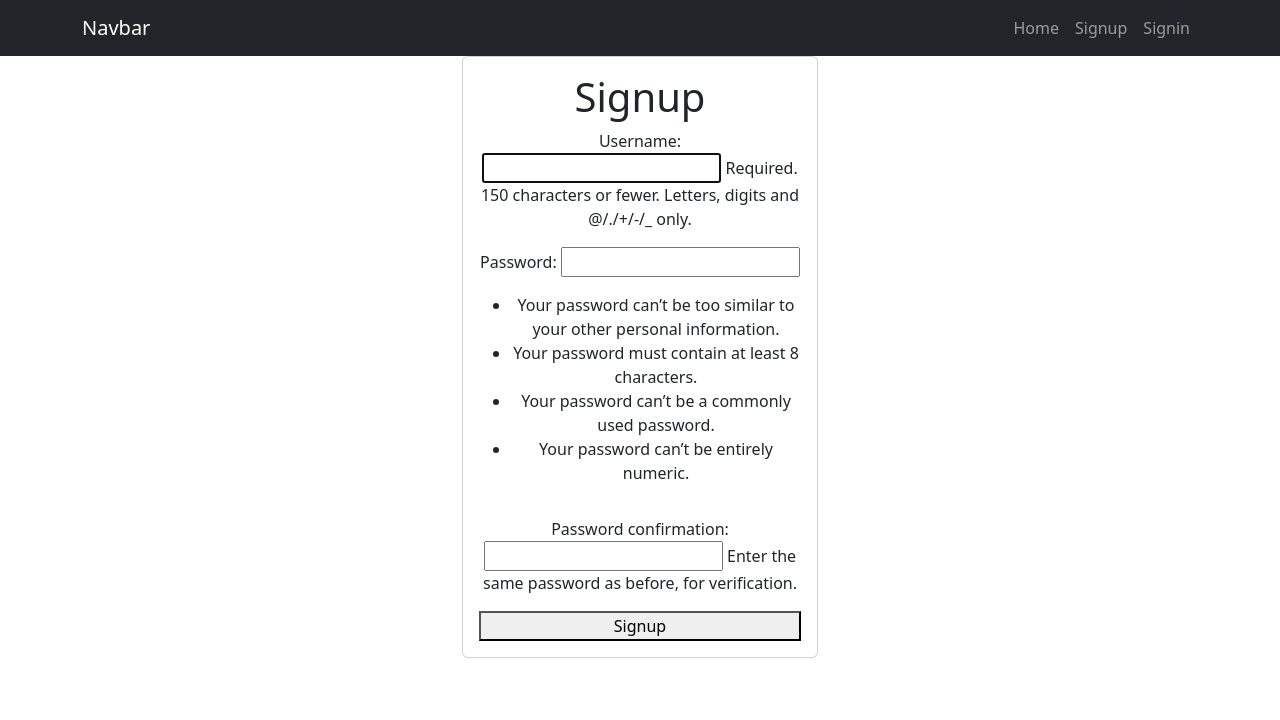
Repository: dbettancourt/django-auth-crud
Page: http://localhost/signup/
The author's editor kept a copy of each file at every save. The page is drawn from the files as they stood at one save, then again after the next save.
The browser window is 1280 px wide. The pictures show the whole page.
The page is served by the project's application, run on Django 4.2 (manage.py).

Above is the page before, as saved 2023-06-06 10:45:59.

After the next save:
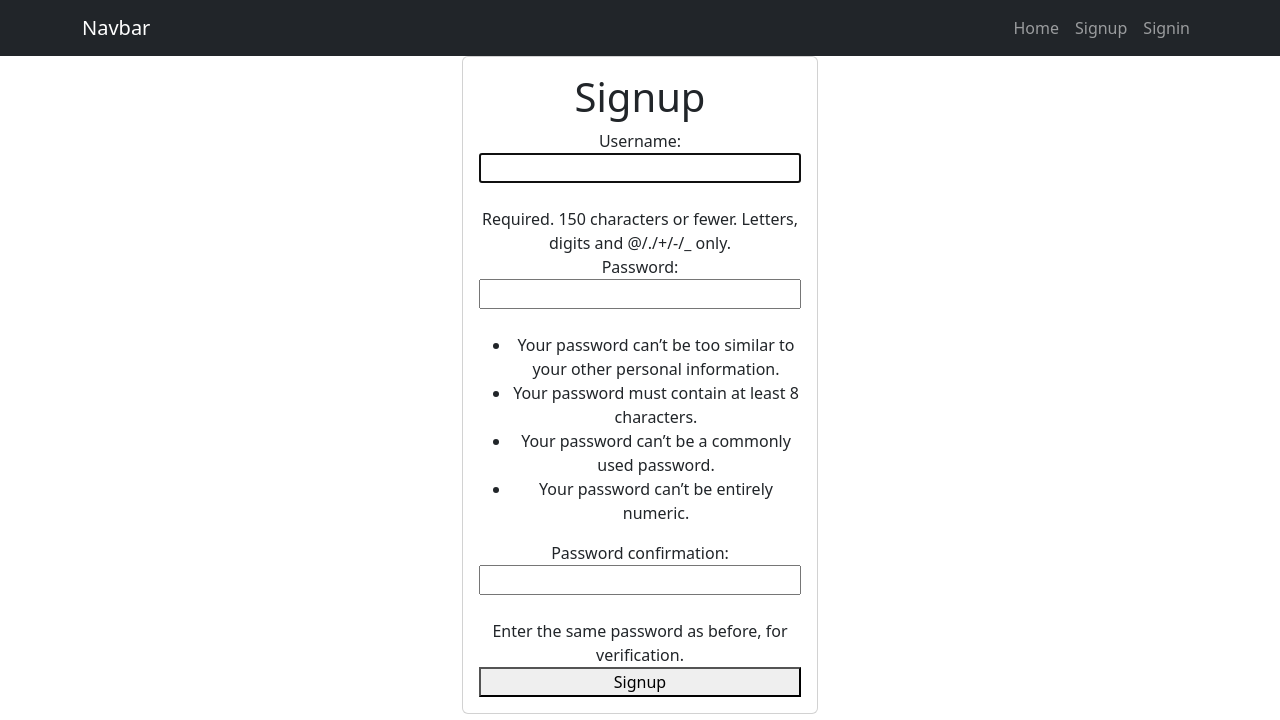
Saved 68 s later.
--- a/tasks/templates/signup.html
+++ b/tasks/templates/signup.html
@@ -11,7 +11,7 @@
                 {{error}}
 
                 {% csrf_token %}
-                {{form.as_p}}
+                {{form}}
 
                 <button>
                     Signup
